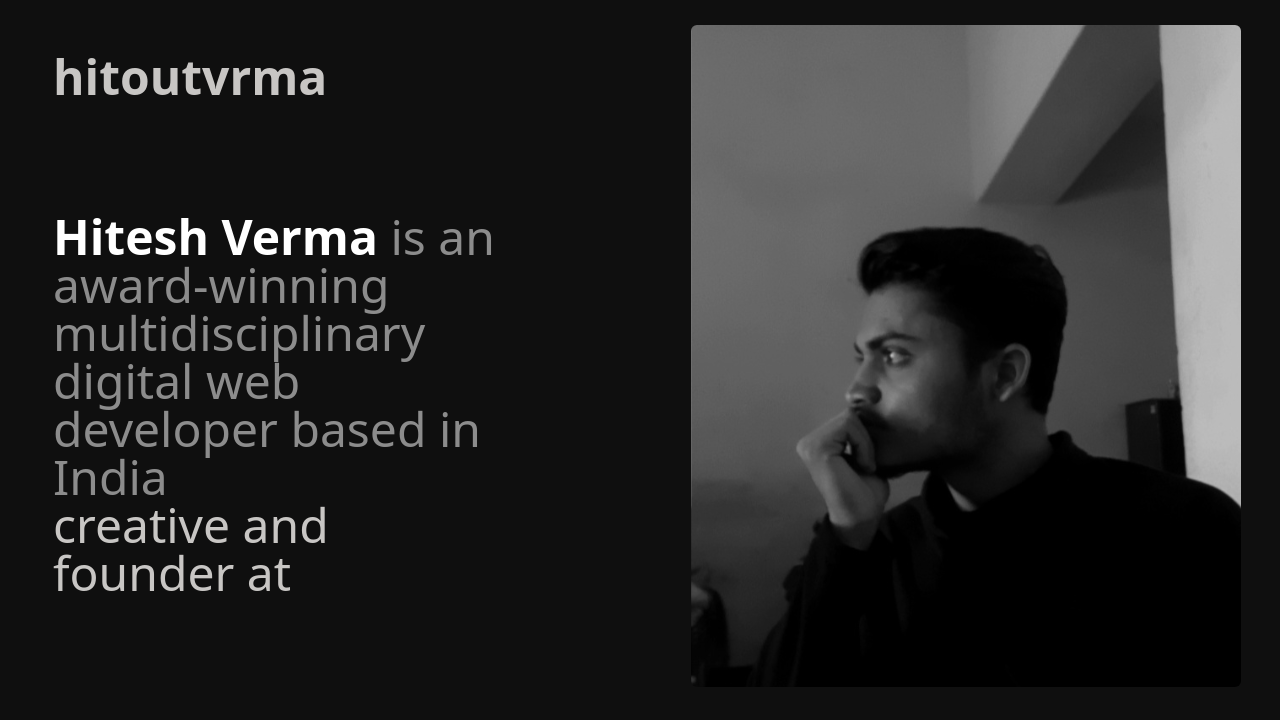
Repository: hitoutvrma/portfolio
Page: /
An editor plug-in stored every save of this project. The page is shown before and after the next save, followed by the edit.
The browser window is 1280 px wide. The pictures show the whole page.
The project was rebuilt for these pictures with package versions that can differ from the ones it lists, and the page was loaded fresh each time. Also part of the build but not shown: vite.config.js.

Above is the page before, as saved 2025-03-07 01:01:03.

### src/index.css
@import "tailwindcss";
body{
    background-color: #0f0f0f;
    color: #c8c6c4;
    padding: 25px;
}

### src/App.jsx
import React from 'react'

function App() {
  return (
    <div className=''>
      <div className="sm:flex">
      <div className='hero sm:p-7 sm:text-5xl text-4xl w-[80vw] sm:w-[40vw]'>
      <logo className='text-4xl sm:text-5xl font-semibold'>hitoutvrma</logo>
        <p className='mt-28 text-[#8c8c8c]'><span className='text-white font-semibold'>Hitesh Verma</span> is an award-winning multidisciplinary digital web developer based in India</p>

        <div className=''>
          <p>creative and founder at </p>
        </div>
        </div>
        <div style={{ backgroundImage: "url('/user.jpg')" }} className='sm:ml-[12vw] bg-cover bg-center w-[43vw] h-[92vh]  bg-[#3a3a3a] rounded-md'>
        </div>
      </div>

    </div>
  )
}

export default App

Loaded but not shown: index.html (common file); src/main.jsx (common file)

After the next save:
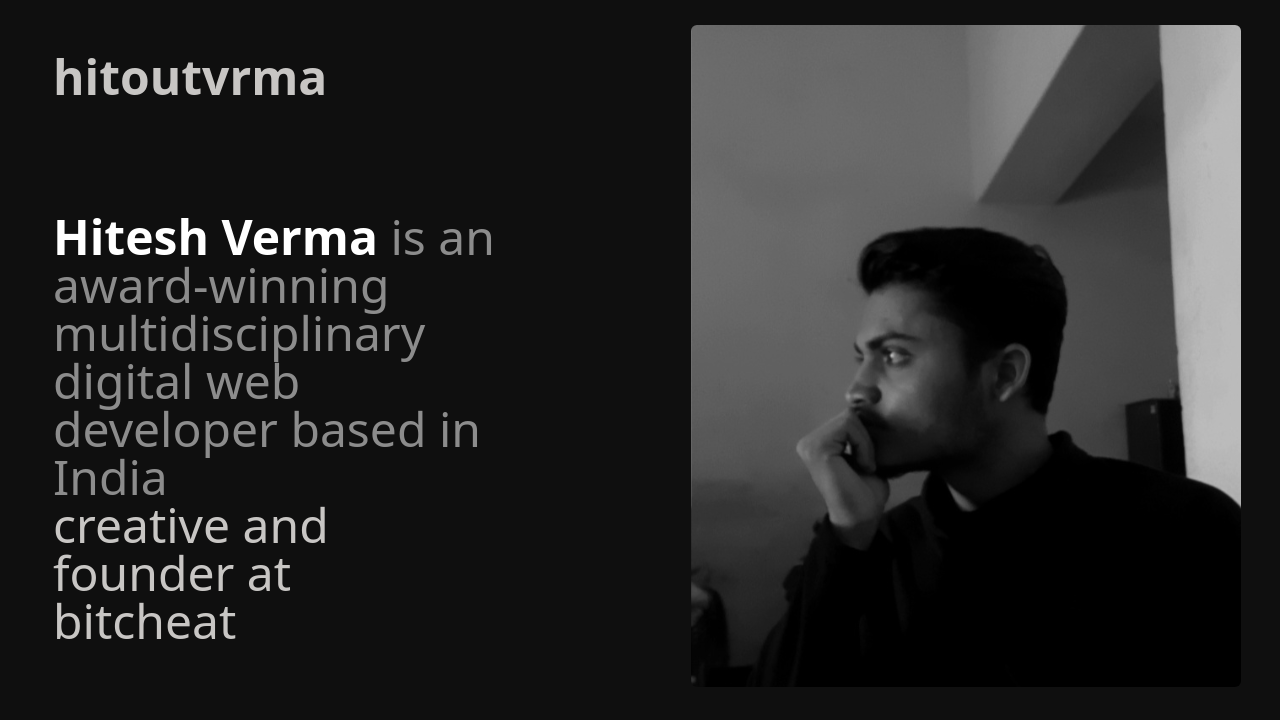
Saved 12 s later.
--- a/src/App.jsx
+++ b/src/App.jsx
@@ -10,6 +10,7 @@ function App() {
 
         <div className=''>
           <p>creative and founder at </p>
+          <p>bitcheat</p>
         </div>
         </div>
         <div style={{ backgroundImage: "url('/user.jpg')" }} className='sm:ml-[12vw] bg-cover bg-center w-[43vw] h-[92vh]  bg-[#3a3a3a] rounded-md'>
